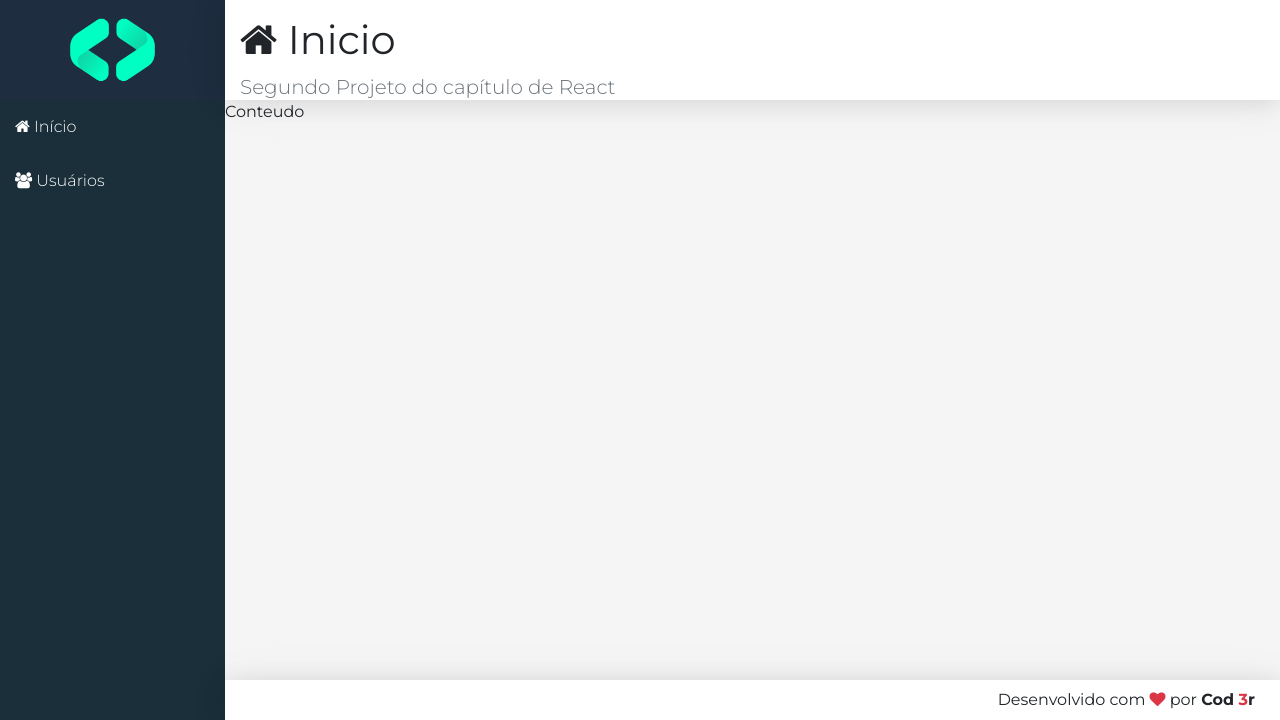
Repository: eversonps/projeto-cadastro-usuarios-firebase
Page: /users (app in frontend/)
An editor plug-in stored every save of this project. The page is shown before and after the next save, followed by the edit.
The browser window is 1280 px wide. The pictures show the whole page.
The pointer rests on the first visible `.menu a`.
The project was rebuilt for these pictures with package versions that can differ from the ones it lists, and the page was loaded fresh each time.

Above is the page before, as saved 2022-03-22 13:31:28.

### frontend/public/index.html
<!DOCTYPE html>
<html lang="en">
  <head>
    <meta charset="utf-8" />
    <link rel="icon" href="%PUBLIC_URL%/favicon.ico" />
    <link rel="preconnect" href="https://fonts.googleapis.com">
    <link rel="preconnect" href="https://fonts.gstatic.com" crossorigin>
    <link href="https://fonts.googleapis.com/css2?family=Montserrat:wght@300;400;700&display=swap" rel="stylesheet">
    <meta name="viewport" content="width=device-width, initial-scale=1" />
    <meta name="theme-color" content="#000000" />
    <meta
      name="description"
      content="Web site created using create-react-app"
    />
    <link rel="apple-touch-icon" href="%PUBLIC_URL%/logo192.png" />
    <!--
      manifest.json provides metadata used when your web app is installed on a
      user's mobile device or desktop. See https://developers.google.com/web/fundamentals/web-app-manifest/
    -->
    <link rel="manifest" href="%PUBLIC_URL%/manifest.json" />
    <!--
      Notice the use of %PUBLIC_URL% in the tags above.
      It will be replaced with the URL of the `public` folder during the build.
      Only files inside the `public` folder can be referenced from the HTML.

      Unlike "/favicon.ico" or "favicon.ico", "%PUBLIC_URL%/favicon.ico" will
      work correctly both with client-side routing and a non-root public URL.
      Learn how to configure a non-root public URL by running `npm run build`.
    -->
    <title>React App</title>
  </head>
  <body>
    <noscript>You need to enable JavaScript to run this app.</noscript>
    <div id="root"></div>
    <!--
      This HTML file is a template.
      If you open it directly in the browser, you will see an empty page.

      You can add webfonts, meta tags, or analytics to this file.
      The build step will place the bundled scripts into the <body> tag.

      To begin the development, run `npm start` or `yarn start`.
      To create a production bundle, use `npm run build` or `yarn build`.
    -->
  </body>
</html>

### frontend/src/index.js
import React from 'react';
import ReactDOM from 'react-dom';
import './index.css';
import App from './main/app';
import reportWebVitals from './reportWebVitals';

ReactDOM.render(
  <React.StrictMode>
    <App />
  </React.StrictMode>,
  document.getElementById('root')
);

// If you want to start measuring performance in your app, pass a function
// to log results (for example: reportWebVitals(console.log))
// or send to an analytics endpoint. Learn more: https://bit.ly/CRA-vitals
reportWebVitals();

### frontend/src/main/app.jsx
import "./app.css"
import "bootstrap/dist/css/bootstrap.min.css"
import "font-awesome/css/font-awesome.min.css"

import React from "react"

import Logo from "../components/template/logo"
import Nav from "../components/template/nav"
import Main from "../components/template/main"
import Footer from "../components/template/footer"

export default props => {
    return (
        <div className="app">
        <Logo></Logo>
        <Nav></Nav>
        <Main icon="home" title="Inicio" subtitle="Segundo Projeto do capítulo de React"></Main>
        <Footer></Footer>
    </div>
    )
}

### frontend/src/main/app.css
:root{
    --bg-dark: #1A2F3A;
    --logo-height: 100px;
    --header-height: 100px;
    --aside-width: 225px;
    --footer-height: 40px;

    --shadow: 0 2px 23px 0 rgba(0, 0, 0, 0.1), 0 2px 49px 0 rgba(0, 0, 0, 0.06);
}

* {
    box-sizing: border-box;
    font-family: 'Montserrat', sans-serif;
}

.app{
    margin: 0px;
    display: grid;
    grid-template-columns: var(--aside-width) 1fr;
    grid-template-rows: var(--header-height) 1fr var(--footer-height);
    grid-template-areas:
        "logo header"
        "menu content"
        "menu footer";
    height: 100vh;
    background-color: #F5F5F5;
}

aside.logo{
    grid-area: logo;
}

header.header{
    grid-area: header;
}

aside.menu-area{
    grid-area: menu;
}

main.content{
    grid-area: content;
}

footer.footer{
    grid-area: footer;
}

### frontend/src/components/template/logo.jsx
import React from "react"
import "./logo.css"
import logo from "../../assets/images/logo.png"

export default props => (
    <aside className="logo">
        <a href="/" className="logo">
            <img src={logo} alt="logo" />
        </a>
    </aside>
)

### frontend/src/components/template/nav.jsx
import React from "react"
import "./nav.css"

export default props => {
    return (
        <aside className="menu-area">
            <nav className="menu">
                <a href="#/">
                    <i className="fa fa-home"></i> Início
                </a>
                <a href="#/users">
                    <i className="fa fa-users"></i> Usuários
                </a>
            </nav>
        </aside>
    )
}

### frontend/src/components/template/main.jsx
import React from "react"
import Header from "./header"

export default props => (
    <>
        <Header {...props}></Header>
        <main className="content">
            Conteudo
        </main>
    </>
)

### frontend/src/components/template/footer.jsx
import React from "react";
import "./footer.css"

export default props => (
    <footer className="footer">
        <span>
            Desenvolvido com <i className="fa fa-heart text-danger"></i> por <strong>Cod <span className="text-danger">3</span>r</strong>
        </span>
    </footer>
)

### frontend/src/components/template/logo.css
aside.logo{
    background-color: var(--bg-dark);
    display: flex;
    justify-content: center;
    align-items: center;
}

aside.logo img {
    width: 100%;
}

### frontend/src/components/template/nav.css
aside.menu-area{
    background-color: var(--bg-dark);
    box-shadow: 2px 0 10px 0 rgba(0,0,0,0.12), rgba(0,0,0,0.09);
}

.menu a{
    display: block;
    text-decoration: none;
    color: #FFF;
    font-weight: 300;
    padding: 15px;
}

.menu a:hover {
    background-color: linear-gradient(135deg, #07A7E3 0%, #32DAC3 100%);
}

### frontend/src/components/template/header.jsx
import React from "react";
import "./header.css"

export default props => (
    <header className="header d-none d-sm-flex flex-column">
        <h1 className="mt-3">
            <i className={`fa fa-${props.icon}`}></i> {props.title}
        </h1>
        <p className="lead text-muted">{props.subtitle}</p>
    </header>
)

### frontend/src/components/template/footer.css
footer.footer{
    display: flex;
    align-items: center;
    justify-content: flex-end;
    padding: 0 25px;
    background-color: #FFF;
    box-shadow: var(--shadow);
}

### frontend/src/components/template/header.css
header.header{
    background-color: #FFF;
    padding: 0px 15px;
    overflow: hidden;
    white-space: nowrap;
    box-shadow: var(--shadow);
}

header.header{
    font-size: 1.8em;
}

Loaded but not shown: frontend/src/index.css (common file); frontend/src/reportWebVitals.js (common file); frontend/public/manifest.json (common file)

After the next save:
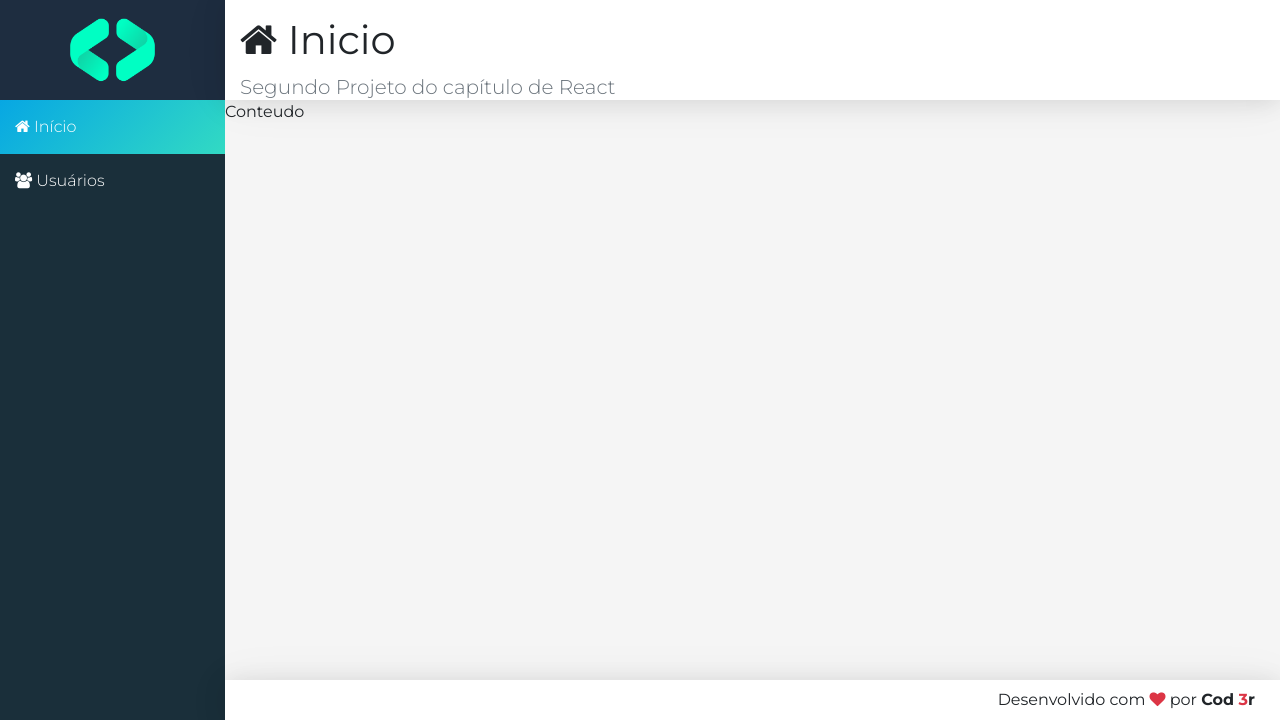
Saved 47 s later.
--- a/frontend/src/components/template/nav.css
+++ b/frontend/src/components/template/nav.css
@@ -12,5 +12,5 @@ aside.menu-area{
 }
 
 .menu a:hover {
-    background-color: linear-gradient(135deg, #07A7E3 0%, #32DAC3 100%);
+    background: linear-gradient(135deg, #07A7E3 0%, #32DAC3 100%);
 }
